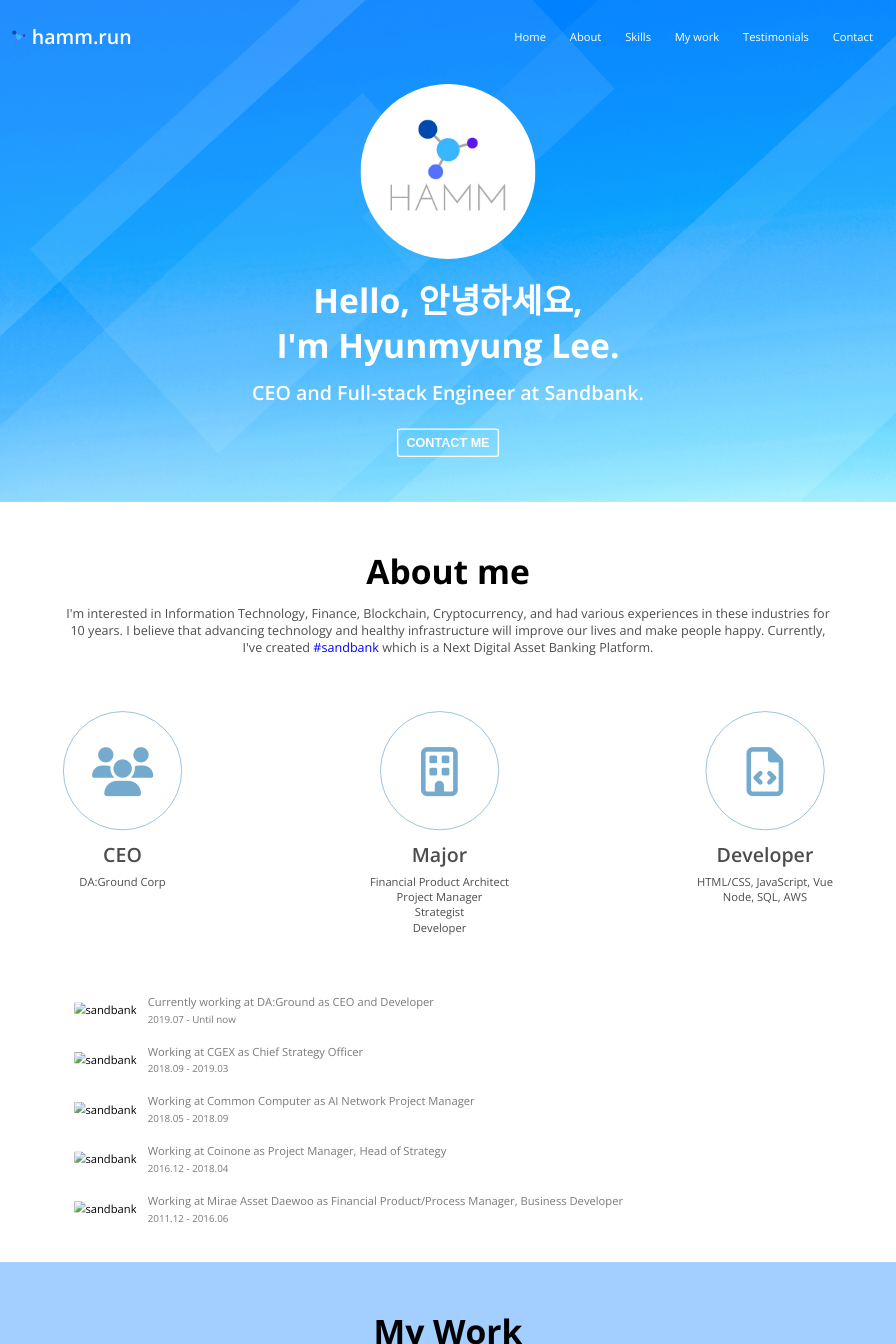
Repository: hammlee/portfolio
Page: index.html
The author's editor kept a copy of each file at every save. The page is drawn from the files as they stood at one save, then again after the next save.
The browser window is 1280 px wide. The pictures show the part of the page from y = 0 to 1920 px (the page is 3466 px tall), at 70% of full size.
Some web libraries are served in a nearby version.

Above is the page before, as saved 2021-04-22 19:58:47.
Not found: images/logo/cgex.png
Not found: images/logo/coinone.png
Not found: images/logo/commoncomputer.png

After the next save:
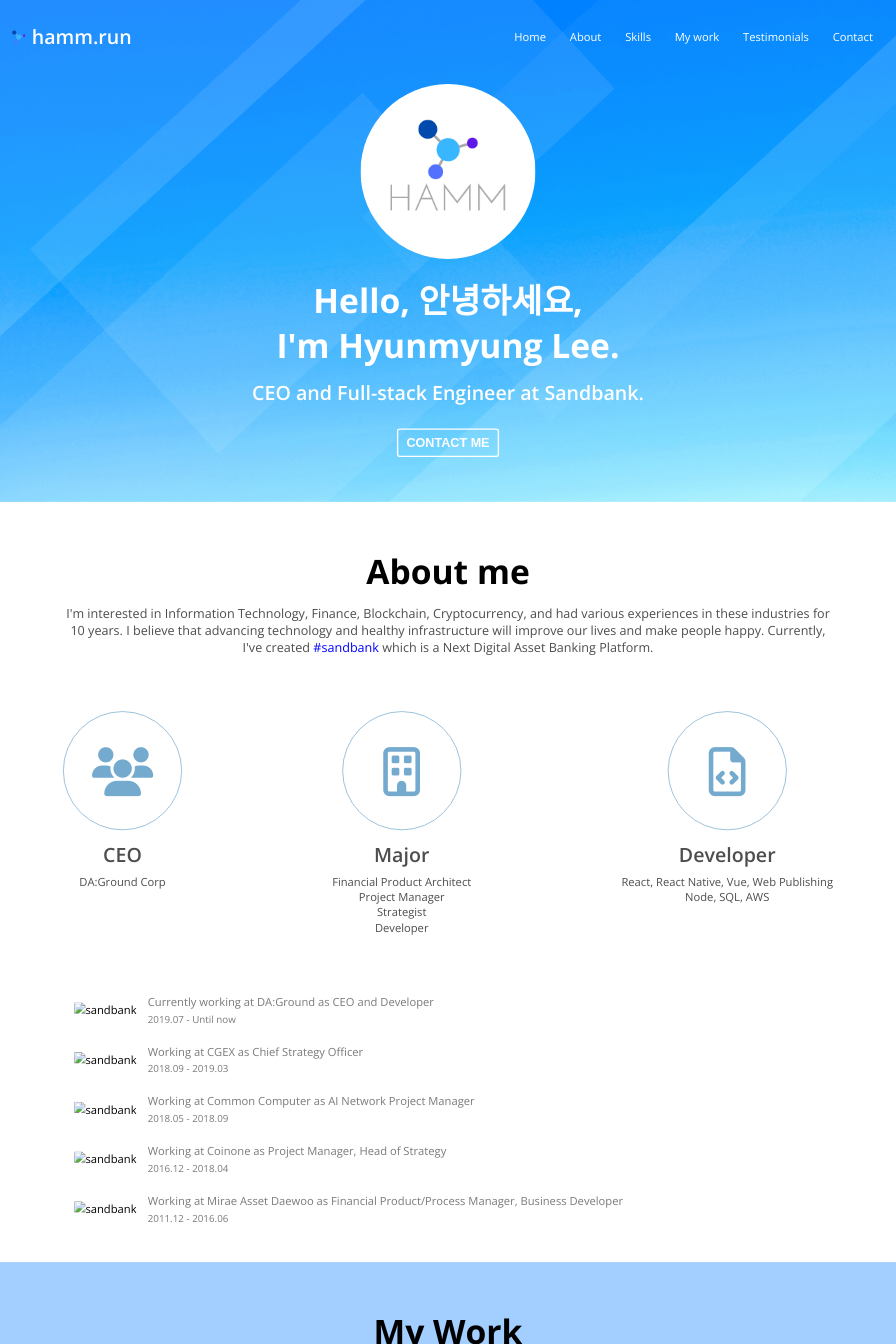
Saved 2 min 1 s later.
--- a/index.html
+++ b/index.html
@@ -102,7 +102,7 @@
           </div>
           <h2 class="major__title">Developer</h2>
           <div class="major__description">
-            HTML/CSS, JavaScript, Vue<br />
+            React, React Native, Vue, Web Publishing<br />
             Node, SQL, AWS
           </div>
         </div>
